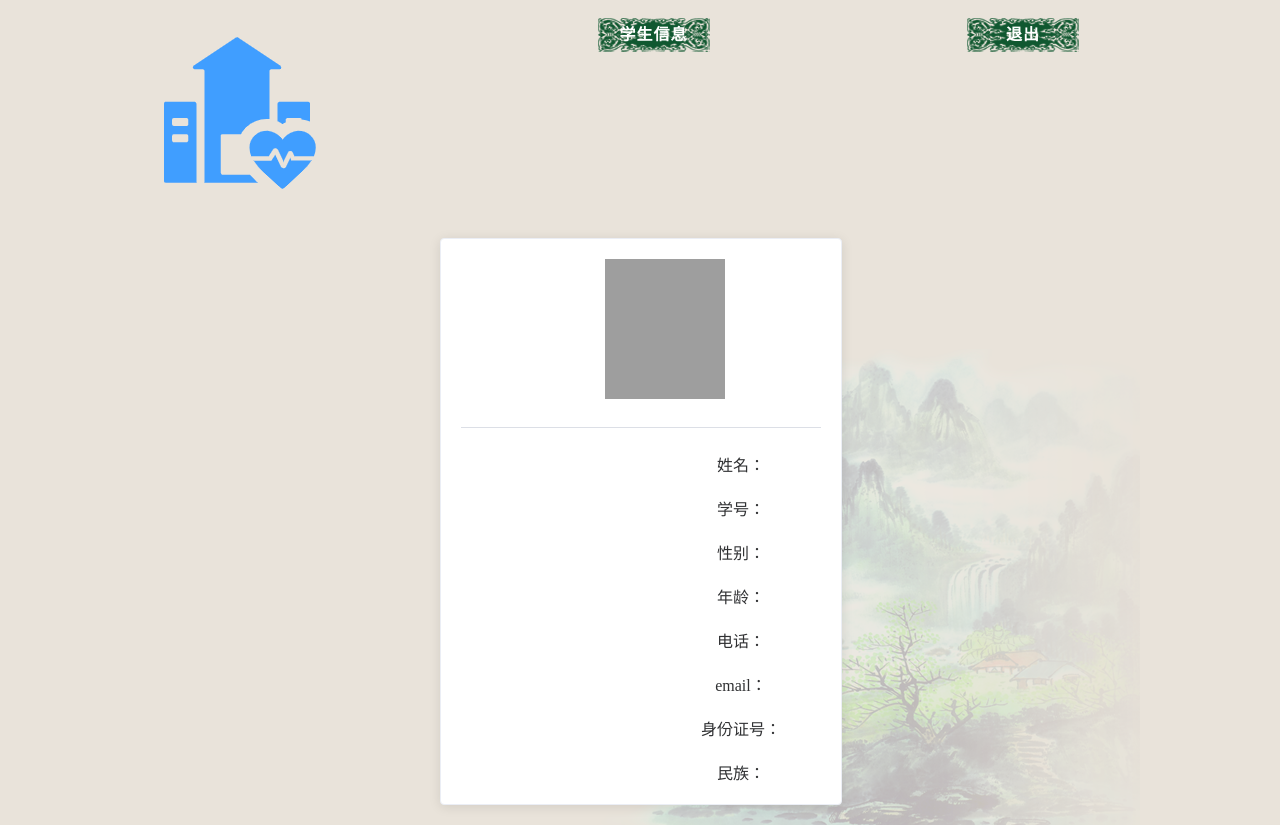
Repository: Blizzard-cyber/winsdom_scool_front
Page: /#/Personal
An editor plug-in stored every save of this project. The page is shown before and after the next save, followed by the edit.
The browser window is 1280 px wide. The pictures show the whole page.
Pictures or frames that could not be fetched are drawn as grey boxes. The project was rebuilt for these pictures with package versions that can differ from the ones it lists, and the page was loaded fresh each time. Also part of the build but not shown: src/components/comment/bottom.vue, src/components/first.vue, src/components/inside.vue, src/components/index.vue, src/components/dynamic/photo-news.vue, src/components/dynamic/latest-information.vue, src/components/contact/contact-us.vue, src/components/info_modules/course.vue and 7 more. Imported but missing from the stored project, and not drawn on this page: src/components/dynamic/school-notice, src/components/info_modules/lab.

Above is the page before, as saved 2022-07-04 11:55:24.
Console error: TypeError: Cannot read properties of null (reading 'getContext')

After the next save:
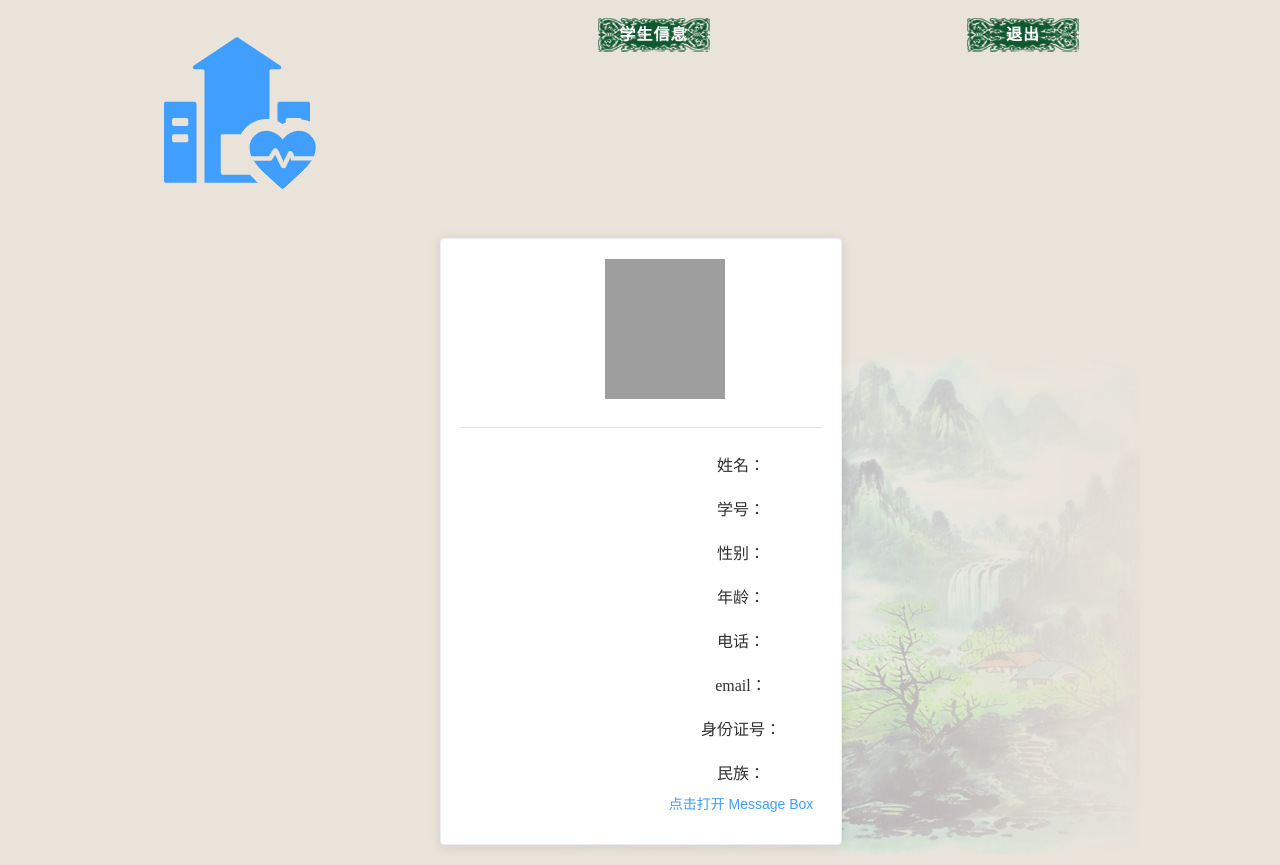
Saved 3 min 36 s later.
--- a/src/components/info_modules/personal.vue
+++ b/src/components/info_modules/personal.vue
@@ -20,6 +20,7 @@
                         <div style="margin-top: 20px">email：{{studentInfo.email}}</div>
                         <div style="margin-top: 20px">身份证号：{{studentInfo.idCard}}</div>
                         <div style="margin-top: 20px">民族：{{studentInfo.nation}}</div>
+                        <el-button type="text" @click="open">点击打开 Message Box</el-button>
                     </div>
                 </el-card>
             </div>
